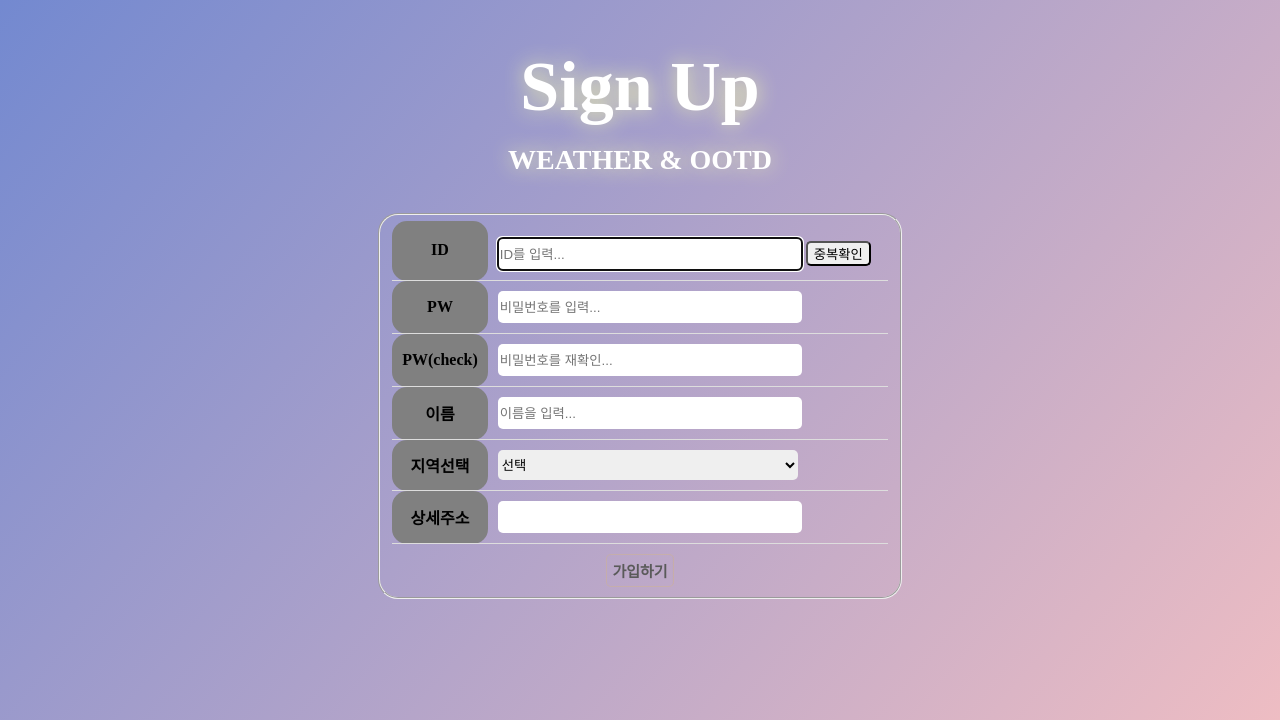
Repository: dokyung4455/springMVC
Page: http://localhost/TeamProject_022_Weather/WEB-INF/views/join.jsp
These files come from the project's save history. The page is drawn as it stood at one moment and after the next save; the edit follows.
The browser window is 1280 px wide. The pictures show the whole page.
The page is served by Tomcat 9. Nobody is signed in. The template is opened directly, without the code that normally fills it, so the values that code supplies are empty.

Above is the page before, as saved 2021-06-30 09:48:06.

After the next save:
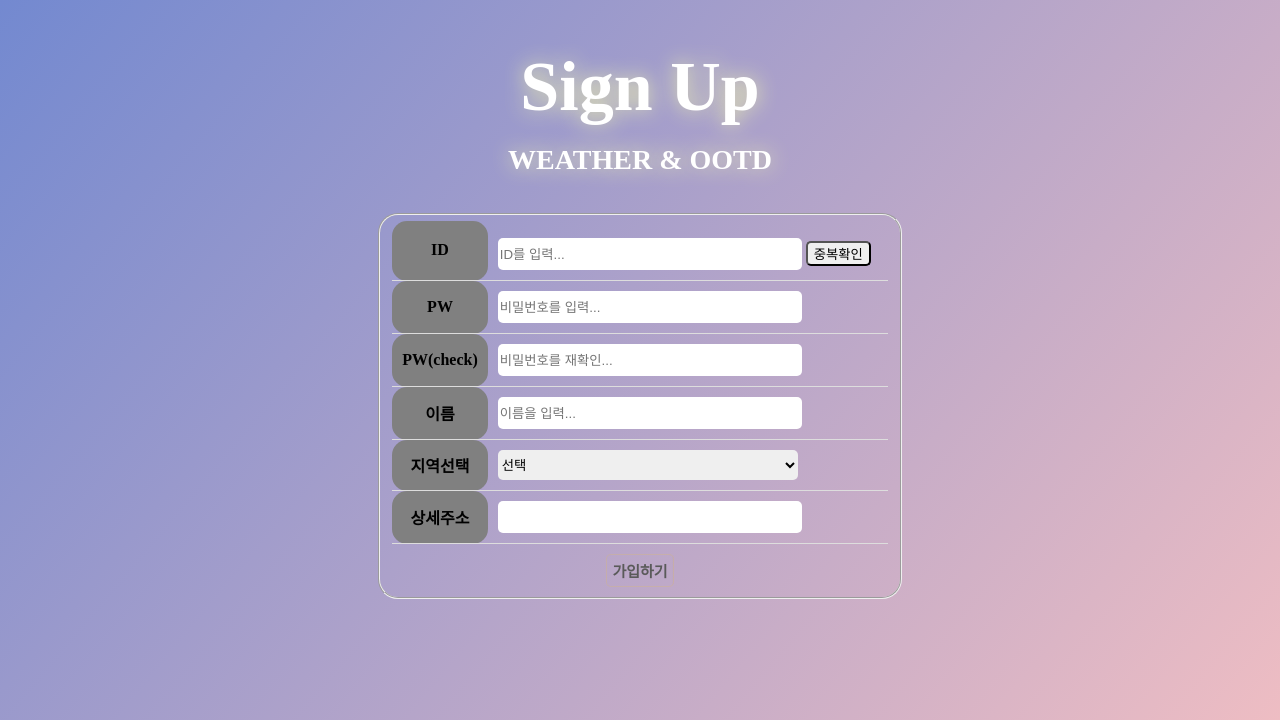
Console error: SyntaxError: Unexpected token ')'
Saved 5 s later.
--- a/TeamProject_022_Weather/src/main/webapp/WEB-INF/views/join.jsp
+++ b/TeamProject_022_Weather/src/main/webapp/WEB-INF/views/join.jsp
@@ -146,7 +146,7 @@
           objPwd1.focus();
           return false;
       }
-      if ((objPw2.value=="")){
+      if ((objPw2.value)=="")){
           alert("비밀번호를 입력해 주세요");
           objPwd2.focus();
           return false;

After the 2 saves that followed:
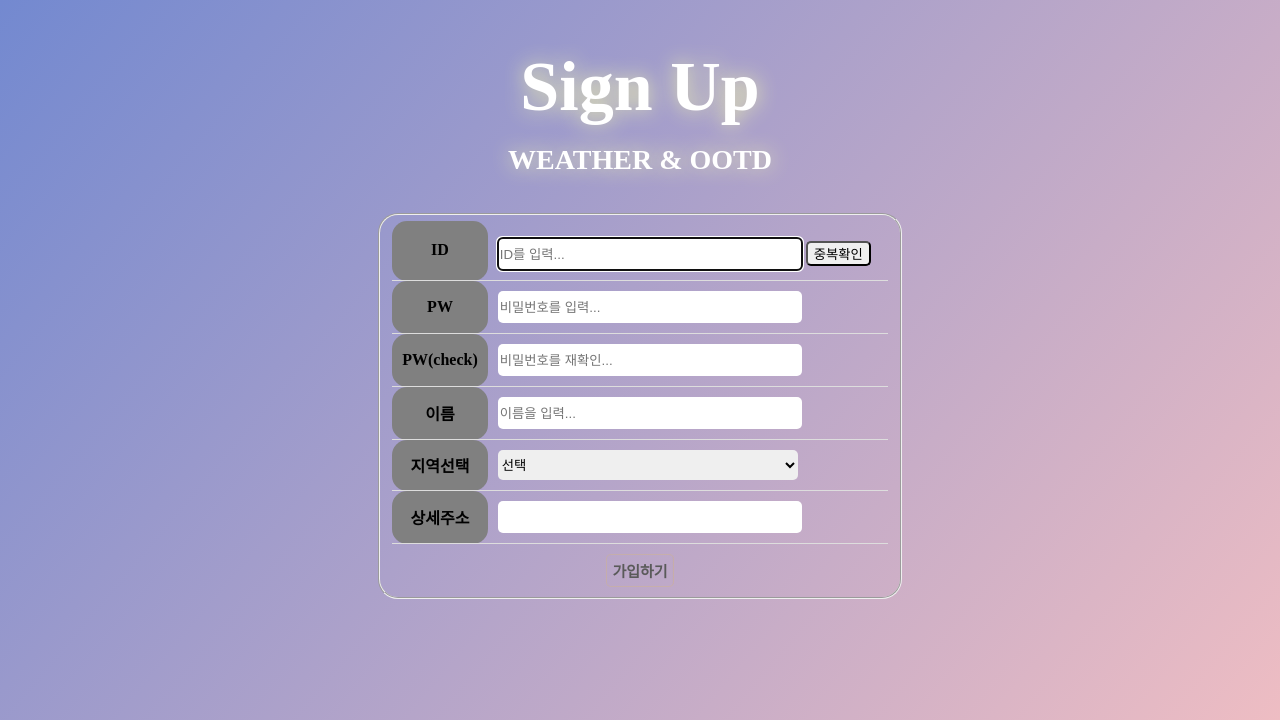
The error is gone.
The 2 saves are shown as one change because 1 left the picture as it was.
The last was saved 107 s later.
--- a/TeamProject_022_Weather/src/main/webapp/WEB-INF/views/join.jsp
+++ b/TeamProject_022_Weather/src/main/webapp/WEB-INF/views/join.jsp
@@ -143,12 +143,12 @@
 	  }
 	  if ((objPw1.value) == ""){
           alert("비밀번호를 입력해 주세요");
-          objPwd1.focus();
+          objPw1.focus();
           return false;
       }
-      if ((objPw2.value)=="")){
+      if ((objPw2.value)==""){
           alert("비밀번호를 입력해 주세요");
-          objPwd2.focus();
+          objPw2.focus();
           return false;
       }
 })
